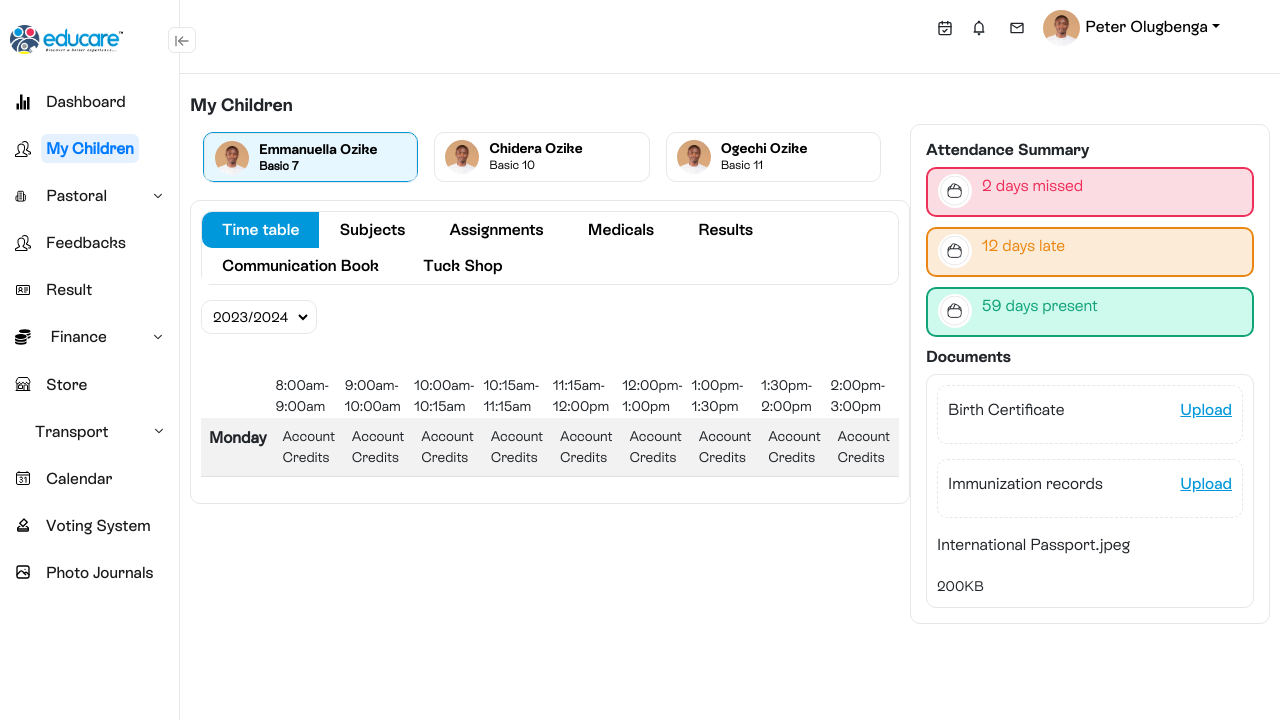
Repository: sarahnnanyelugo/educare-dashboards
Page: /my-children
An editor plug-in stored every save of this project. The page is shown before and after the next save, followed by the edit.
The browser window is 1280 px wide. The pictures show the whole page.
The project was rebuilt for these pictures with package versions that can differ from the ones it lists, and the page was loaded fresh each time. Also part of the build but not shown: src/Dashboards/Parents/MainView/main-view.scss, src/components/News/news.scss, src/components/News/News.js, src/TestData/newsData.js, src/TestData/schEvents.js, src/components/ResultChart/ResultChart.js, src/components/Calender/calender.scss, src/components/Calender/Calender.js and 5 more.

Above is the page before, as saved 2024-10-16 09:07:49.

After the next save:
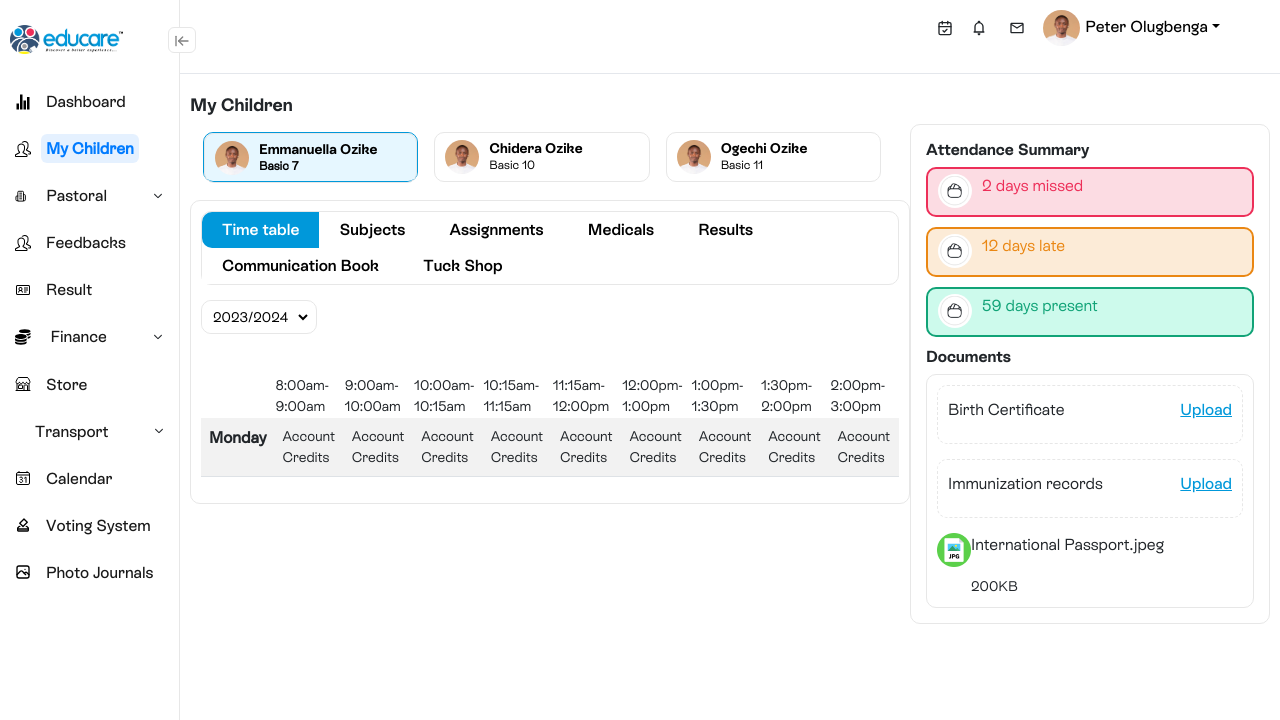
Saved 48 s later.
--- a/src/Dashboards/Parents/MyChildren/Documents.js
+++ b/src/Dashboards/Parents/MyChildren/Documents.js
@@ -7,6 +7,7 @@ export const Documents = () => {
       <FileUpload file="Birth Certificate" />
       <FileUpload file="Immunization records" />
       <div className="d-flex">
+        <img src={Icon} width="34px" height="34px" />
         <div>
           <p>International Passport.jpeg</p>
           <small>200KB</small>
